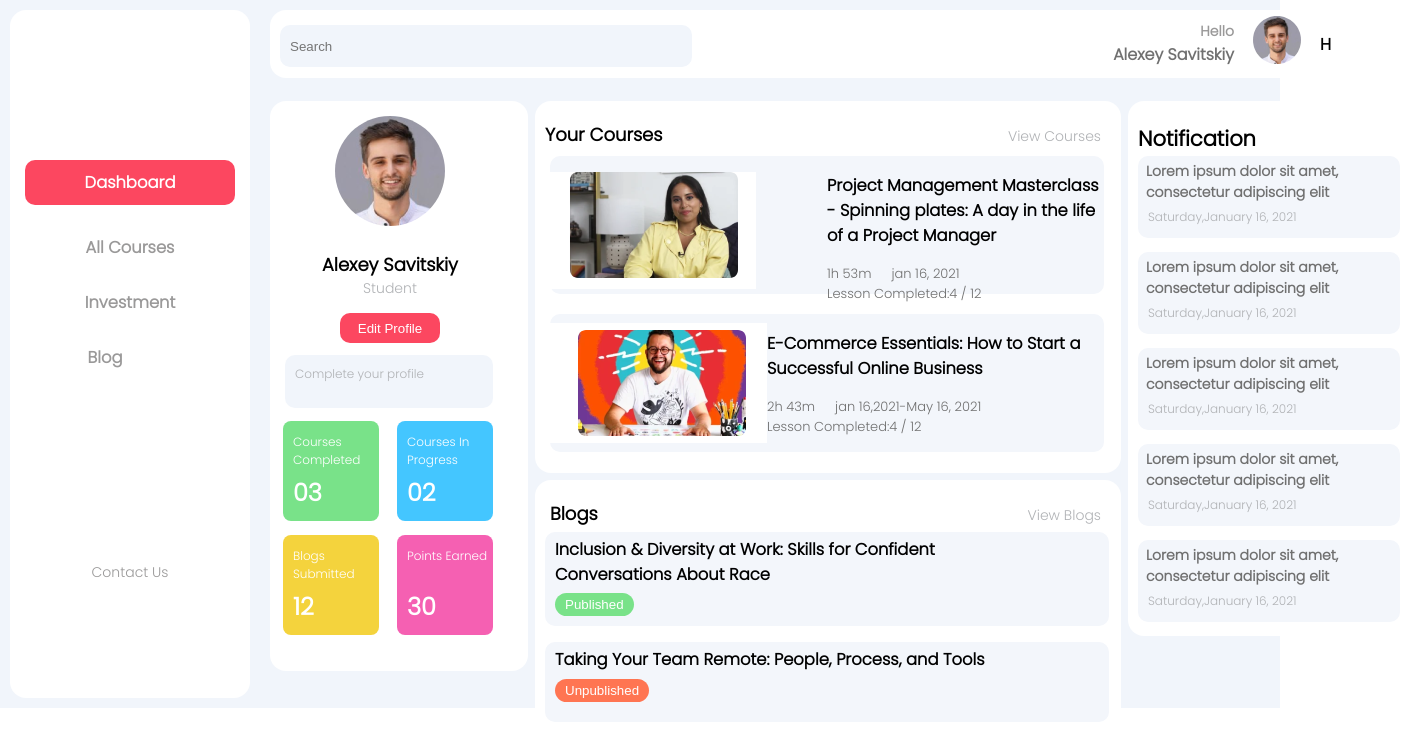
Repository: Anuruddha00/dashboard-design
Page: /
The author's editor kept a copy of each file at every save. The page is drawn from the files as they stood at one save, then again after the next save.
The browser window is 1280 px wide. The page is 1421 px wide, so the pictures cover 1421 px, including what lies to the right of the window. The pictures show the whole page.
The project was rebuilt for these pictures with package versions that can differ from the ones it lists, and the page was loaded fresh each time.

Above is the page before, as saved 2021-05-08 00:19:34.

### public/index.html
<!DOCTYPE html>
<html lang="en">
  <head>
    <meta charset="utf-8" />
    <link rel="icon" href="%PUBLIC_URL%/favicon.ico" />
    <meta name="viewport" content="width=device-width, initial-scale=1" />
    <meta name="theme-color" content="#000000" />
    <meta
      name="description"
      content="Web site created using create-react-app"
    />
    <link rel="apple-touch-icon" href="%PUBLIC_URL%/logo192.png" />

    <link rel="preconnect" href="https://fonts.gstatic.com">
    <link href="https://fonts.googleapis.com/css2?family=Poppins:wght@300&display=swap" rel="stylesheet">

    <!--
      manifest.json provides metadata used when your web app is installed on a
      user's mobile device or desktop. See https://developers.google.com/web/fundamentals/web-app-manifest/
    -->
    <link rel="manifest" href="%PUBLIC_URL%/manifest.json" />
    <!--
      Notice the use of %PUBLIC_URL% in the tags above.
      It will be replaced with the URL of the `public` folder during the build.
      Only files inside the `public` folder can be referenced from the HTML.

      Unlike "/favicon.ico" or "favicon.ico", "%PUBLIC_URL%/favicon.ico" will
      work correctly both with client-side routing and a non-root public URL.
      Learn how to configure a non-root public URL by running `npm run build`.
    -->
    <title>React App</title>
  </head>
  <body>
    <noscript>You need to enable JavaScript to run this app.</noscript>
    <div id="root"></div>
    <!--
      This HTML file is a template.
      If you open it directly in the browser, you will see an empty page.

      You can add webfonts, meta tags, or analytics to this file.
      The build step will place the bundled scripts into the <body> tag.

      To begin the development, run `npm start` or `yarn start`.
      To create a production bundle, use `npm run build` or `yarn build`.
    -->
  </body>
</html>

### src/index.js
import React from 'react';
import ReactDOM from 'react-dom';
import Dashboard from './containers/Dashboard/Dashboard';
import reportWebVitals from './reportWebVitals';

ReactDOM.render(
  <React.StrictMode>
    <Dashboard />
  </React.StrictMode>,
  document.getElementById('root')
);

// If you want to start measuring performance in your app, pass a function
// to log results (for example: reportWebVitals(console.log))
// or send to an analytics endpoint. Learn more: https://bit.ly/CRA-vitals
reportWebVitals();

### src/containers/Dashboard/Dashboard.scss

body{
    margin: 0;
    padding: 0;
    font-size: 0.875rem;
    font-family: 'Poppins', sans-serif;

}

.container{
    background: #f1f5fb;
    height: 100%;
    width: 100%;

    .dashboard{
        display: grid;
        grid-template-columns: 1fr 1fr;

        &SideBar{
            grid-column: 1;
            grid-row: 1 / 6;
            border-radius: 16px;
            background: #ffffff;
            margin: 10px;
            height: 688px;
            width: 240px;

            &Title{
                margin-top: 150px;
                font-size: 14px;

                &Dashboard{
                    background:#fc4760;
                    border-radius: 10px;
                    text-align: center;
                    padding: 10px 10px 10px 10px;
                    margin: 10px 15px 10px 15px;
                    color: #ffffff;
                }
                &Courses{
                    text-align: center;
                    margin-top: 30px;
                    color: #9a9999;
                }
                &Investment{
                    text-align: center;
                    margin-top: 30px;
                    color: #9a9999;
                }
                &Blog{
                    text-align: center;
                    margin-top: 30px;
                    margin-right: 50px;
                    color: #9a9999;
                }
            }
            &Contact{
                margin-top: 80%;

                p{
                    text-align: center;
                    color: #9a9999;
                    font-size: 14px;
                }
            }
        }
        &Menu{
            grid-column: 2;
            grid-row: 1 / 6;
            margin: 10px;

            .content{
                display: grid;
                grid-template-rows:1fr 7fr ;
                gap:10px;

                &Navbar{
                    display: flex;
                    justify-content: space-between;
                    background: #ffffff;
                    border-radius: 16px;
                    height: 68px;
                    width: 1151px;

                    &Search{

                        input{
                            background: #f1f5fb;
                            border-style: none;
                            padding-left: 10px;
                            width: 400px;
                            height: 40px;
                            margin: 15px 0 0 10px;
                            border-radius: 10px;
                        }
                    }
                    &Profile{
                        display: flex;
                        flex-direction: row;
                        gap: 1em;
                        margin-right: 90px;
                        align-items: center;
                        height: 68px;

                        &Name{
                            text-align: end;
                            margin-top: 0;

                            h3{
                                color: #9a9999;
                                margin: 0;
                                font-size: 14px;
                            }
                            h2{
                                margin: 0;
                                font-size: 16px;
                                color: #707070;
                            }
                        }
                    }
                }
                &Body{
                    display: grid;
                    grid-template-columns: 1fr 1fr 1fr;
                    position: relative;

                    .details{
                        border-radius: 16px;
                        background: #ffffff;

                        &About{
                            height:555px;
                            width: 240px;

                            &Profile{
                                text-align: center;
                                margin-top: 15px;

                                h3{
                                    font-size: 18px;
                                    margin: 0;
                                }
                                p{
                                    color: #b0b2b5;
                                    margin-top: 0;
                                }
                                button{
                                    border-style: none;
                                    border-radius: 10px;
                                    width: 100px;
                                    height: 30px;
                                    color: #ffffff;
                                    background: #fc4760;
                                }
                            }
                            &Complete{
                                background: #f1f5fb;
                                border-radius: 10px;
                                color: #b0b2b5;
                                height: 53px;
                                width: 208px;
                                font-size: 12px;
                                margin-left: 15px;

                                p{
                                    padding-left: 10px;
                                    padding-top: 10px;
                                }
                            }
                            &Progress{
                                display: grid;
                                grid-template-columns: 1fr 1fr;
                                margin: 13px;
                                gap: 1em;
                                color: #ffffff;

                                p{
                                    font-size: 12px;
                                    padding-left: 10px;
                                }
                                &Completed{
                                    background: #79e289;
                                    border-radius: 8px;
                                    width: 96px;
                                    height: 100px;
                                    position: relative;

                                    h1{
                                        font-size: 24px;
                                        position: absolute;
                                        left: 10px;
                                        top: 30px;
                                    }
                                }
                                &Continue{
                                    background:  #44c6ff;
                                    border-radius: 8px;
                                    width: 96px;
                                    height: 100px;
                                    position: relative;

                                    h1{
                                        font-size: 24px;
                                        position: absolute;
                                        left: 10px;
                                        top: 30px;
                                    }
                                }
                                &Blogs{
                                    background:  #f4d33d;
                                    border-radius: 8px;
                                    width: 96px;
                                    height: 100px;
                                    position: relative;

                                    h1{
                                        font-size: 24px;
                                        position: absolute;
                                        left: 10px;
                                        top: 30px;
                                    }
                                }
                                &Points{
                                    background: #f560b2;
                                    border-radius: 8px;
                                    width: 96px;
                                    height: 100px;
                                    position: relative;

                                    h1{
                                        font-size: 24px;
                                        position: absolute;
                                        left: 10px;
                                        top: 30px;
                                    }
                                }
                            }
                        }
                    }
                    .view{
                        margin-left: 7px;

                        .courses{
                            width: 586px;
                            height: 372px;
                            border-radius: 16px;
                            background: #ffffff;
                            position: relative;

                            &Navbar{
                                list-style: none;
                                display: flex;
                                justify-content: space-between;
                                height: 55px;

                                &Title{
                                    font-size: 18px;
                                    font-weight: bold;
                                    padding: 20px 0 0 10px;
                                }
                                &View{
                                    color: #b0b2b5;
                                    font-size: 14px;
                                    padding: 25px 20px;
                                }
                            }
                            &List{
                                padding: 0 5px 5px 5px;
                                display: flex;
                                flex-direction: column;

                                &Description{
                                    font-size: 14px;
                                }
                                &Duration{
                                    display: flex;
                                    list-style: none;
                                    font-size: 13px;
                                    color: #707070;

                                    li{
                                        margin-right: 20px;
                                    }
                                }
                                &Management{
                                    background: #f3f6fb;
                                    margin-left: 10px;
                                    border-radius: 10px;
                                    width: 554px;
                                    height: 138px;
                                    display: grid;
                                    grid-template-columns: 1fr 1fr;
                                    position: relative;

                                    img{
                                        height: fit-content;
                                        width: fit-content;
                                        align-self: center;

                                    }

                                    p{
                                        margin: 0;
                                        color: #707070;
                                        font-size: 13px;
                                    }
                                }
                                &Business{
                                    background: #f3f6fb;
                                    margin-top: 20px;
                                    margin-left: 10px;
                                    border-radius: 10px;
                                    width: 554px;
                                    height: 138px;
                                    display: flex;
                                    flex-direction: row;
                                    position: relative;

                                    img{
                                        height: fit-content;
                                        width: fit-content;
                                        align-self: center;
                                    }
                                    &Duration{
                                        display: flex;
                                        list-style: none;
                                        font-size: 13px;
                                        color: #707070;

                                        li{
                                            margin-right: 20px;
                                        }
                                    }
                                    p{
                                        margin: 0;
                                        color: #707070;
                                        font-size: 13px;
                                    }
                                }
                            }
                        }
                        .blog{
                            width: 586px;
                            height: 272px;
                            border-radius: 16px;
                            background: #ffffff;
                            margin-top: 7px;
                            position: absolute;

                            &Navbar{
                                list-style: none;
                                display: flex;
                                justify-content: space-between;
                                height: 35px;

                                &Title{
                                    font-size: 18px;
                                    font-weight: bold;
                                    padding: 20px 0 0 15px;
                                }
                                &View{
                                    color: #b0b2b5;
                                    font-size: 14px;
                                    padding: 25px 20px;
                                }
                            }
                            &Content{
                                margin-left: 10px;

                                &Published{
                                    width: 554px;
                                    height: 94px;
                                    background: #f3f6fb;
                                    border-radius: 10px;
                                    padding-left: 10px;
                                    font-size: 14px;
                                    position: relative;

                                    h3{
                                        padding-top: 5px
                                    }
                                    button{
                                        position: absolute;
                                        bottom: 10px;
                                        background: #79e289;
                                        color: #ffffff;
                                        border-radius: 12px;
                                        border-style: none;
                                        padding: 4px 10px 4px 10px;
                                        cursor: pointer;
                                    }
                                }
                                &Unpublished{
                                    width: 554px;
                                    height: 80px;
                                    background: #f3f6fb;
                                    border-radius: 10px;
                                    padding-left: 10px;
                                    font-size: 14px;

                                    h3{
                                        padding-top: 5px
                                    }
                                    button{
                                        position: absolute;
                                        bottom: 50px;
                                        background: #ff7552;
                                        color: #ffffff;
                                        border-radius: 12px;
                                        border-style: none;
                                        padding: 4px 10px 4px 10px;
                                        cursor: pointer;
                                    }
                                }
                            }
                        }
                    }
                    .notification{
                        margin-left: 7px;

                        &Segment{
                            width: 293px;
                            height: 535px;
                            background: #ffffff;
                            border-radius: 16px;

                            &Navbar{
                                padding: 4px 0 0 10px;
                                height: 37px;
                            }
                            h3{
                                font-size: 14px;
                                color: #707070;
                            }
                            p{
                                font-size: 12px;
                                color: #b0b2b5;
                            }
                            &Paragraph{
                                width: 262px;
                                height: 82px;
                                border-radius: 10px;
                                background: #f3f6fb;
                                margin-top: 8px;
                                margin-left: 10px;
                                position: relative;

                                h3{
                                    padding: 5px 0 5px 8px;
                                }
                                p{
                                    position: absolute;
                                    top: 40px;
                                    left: 10px;
                                }
                            }
                        }
                    }
                }
            }
        }
    }
}

Loaded but not shown: src/reportWebVitals.js (common file); src/containers/Dashboard/Dashboard.js (156 lines, source omitted)

After the next save:
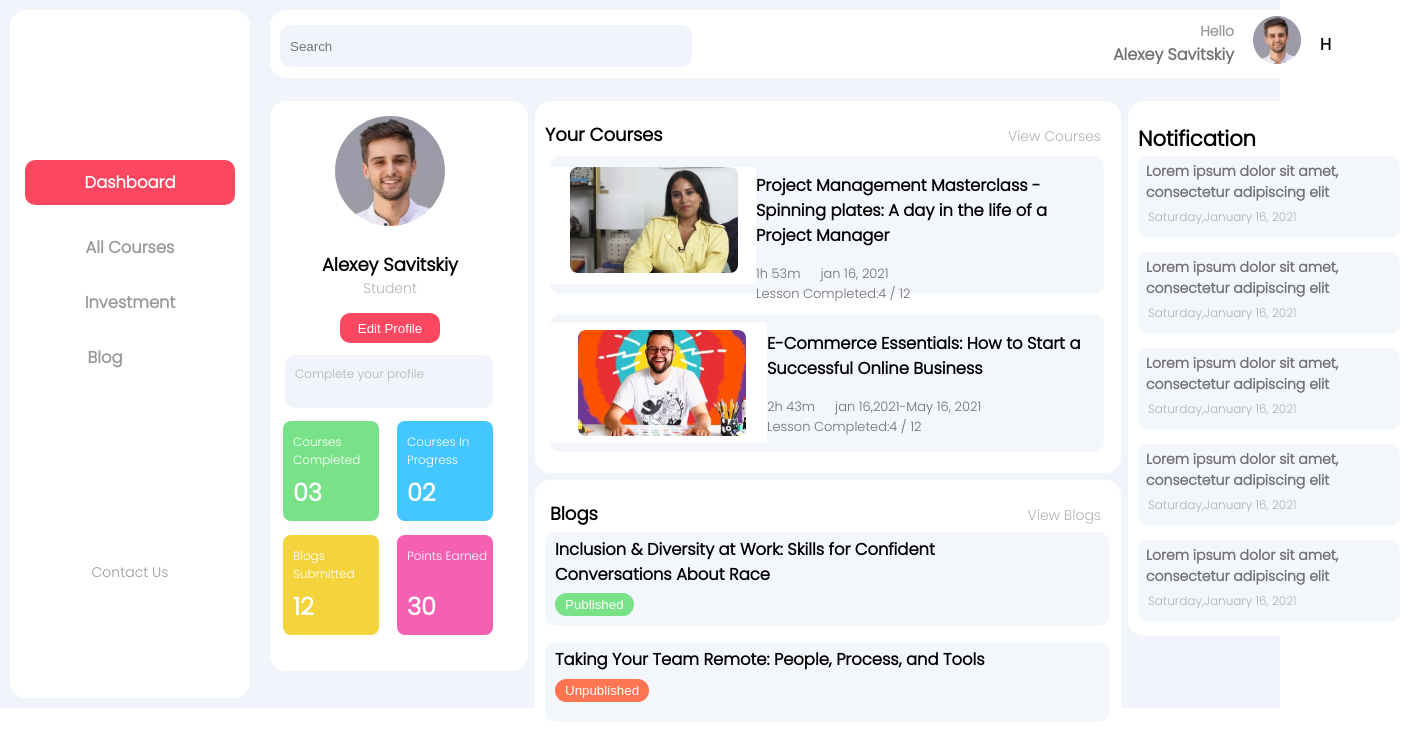
Saved 67 s later.
--- a/src/containers/Dashboard/Dashboard.scss
+++ b/src/containers/Dashboard/Dashboard.scss
@@ -288,8 +288,7 @@ body{
                                     border-radius: 10px;
                                     width: 554px;
                                     height: 138px;
-                                    display: grid;
-                                    grid-template-columns: 1fr 1fr;
+                                    display: flex;
                                     position: relative;
 
                                     img{
